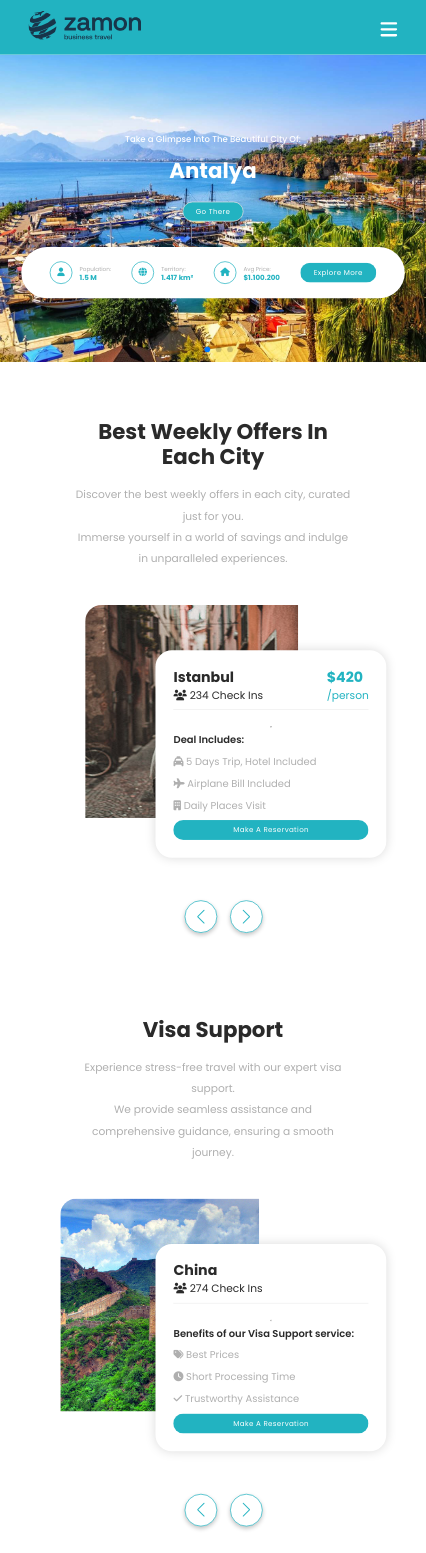
Repository: asadbekdev07/asadbekdev-zamontour-react
Page: /
An editor plug-in stored every save of this project. The page is shown before and after the next save, followed by the edit.
The browser window is 600 px wide. The pictures show the whole page, at 71% of full size.
The project was rebuilt for these pictures with package versions that can differ from the ones it lists, and the page was loaded fresh each time. Also part of the build but not shown: vite.config.js.

Above is the page before, as saved 2024-05-26 17:28:34.

### index.html
<!doctype html>
<html lang="en">
  <head>
    <meta charset="UTF-8" />
    <link rel="icon" type="image/svg+xml" href="/vite.svg" />
    <meta name="viewport" content="width=device-width, initial-scale=1.0" />
    <title>Vite + React</title>
    <link rel="stylesheet" href="https://cdnjs.cloudflare.com/ajax/libs/font-awesome/6.5.2/css/all.min.css" integrity="sha512-SnH5WK+bZxgPHs44uWIX+LLJAJ9/2PkPKZ5QiAj6Ta86w+fsb2TkcmfRyVX3pBnMFcV7oQPJkl9QevSCWr3W6A==" crossorigin="anonymous" referrerpolicy="no-referrer" />

  </head>
  <body>
    <div id="root"></div>
    <script type="module" src="/src/main.jsx"></script>
  </body>
</html>

### src/main.jsx
import React from 'react'
import ReactDOM from 'react-dom/client'
import App from './assets/components/App'
import './assets/styles/index.css'
import './i18n'

ReactDOM.createRoot(document.getElementById('root')).render(
  <React.StrictMode>
    <App />
  </React.StrictMode>,
)

### src/assets/components/App.jsx
import Offers from "./Offers"
import SiteHeader from "./Site-header"
import SliderHero from "./Slider-hero"
import Visa from "./Visa"

function App() {

  return (
    <>
      <SiteHeader />
      <SliderHero />
      <Offers />
      <Visa />
    </>
  )
}

export default App

### src/assets/styles/index.css
/* CUSTOM PROPS */
:root {
  --primary-color: #22b3c1;
  --primary-bg-color: #ffffff;
  --border-color: #eeeeee;
  --secondary-text-color: #2a2a2a;
  --grayish-text-color: #afafaf;
  --form-border-color: #e0e0e0;
}

/* FONT-FACE  */
@font-face {
  font-family: "Poppins";
  src: url("../fonts/Poppins-Regular.woff2") format("woff2"), url("../fonts/Poppins-Regular.woff") format("woff");
  font-weight: normal;
  font-style: normal;
  font-display: swap;
}
@font-face {
  font-family: "Poppins";
  src: url("../fonts/Poppins-BoldItalic.woff2") format("woff2"), url("../fonts/Poppins-BoldItalic.woff") format("woff");
  font-weight: bold;
  font-style: italic;
  font-display: swap;
}
@font-face {
  font-family: "Poppins";
  src: url("../fonts/Poppins-SemiBold.woff2") format("woff2"), url("../fonts/Poppins-SemiBold.woff") format("woff");
  font-weight: 600;
  font-style: normal;
  font-display: swap;
}
@font-face {
  font-family: "Poppins";
  src: url("../fonts/Poppins-Medium.woff2") format("woff2"), url("../fonts/Poppins-Medium.woff") format("woff");
  font-weight: 500;
  font-style: normal;
  font-display: swap;
}
@font-face {
  font-family: "Poppins";
  src: url("../fonts/Poppins-Bold.woff2") format("woff2"), url("../fonts/Poppins-Bold.woff") format("woff");
  font-weight: bold;
  font-style: normal;
  font-display: swap;
}

/* GLOBAL  */
html {
  box-sizing: border-box;
  height: 100%;
  scroll-behavior: smooth;
}

*,
*::before,
*::after {
  box-sizing: inherit;
}

:focus {
  outline: 2px dotted var(--primary-color);
  outline-offset: 3px;
}

body {
  display: flex;
  flex-direction: column;
  height: 100%;
  padding: 0;
  margin: 0;
  font-weight: 400;
  font-family: "Poppins", "Arial", sans-serif;
  font-size: 15px;
  background-color: #ffffff;
  color: var(--grayish-text-color);
}

img {
  max-width: 100%;
  height: auto;
}

/* AUTOFILL-STYLES */
/*input:-webkit-autofill,
input:-webkit-autofill:hover,
input:-webkit-autofill:focus,
textarea:-webkit-autofill,
textarea:-webkit-autofill:hover,
textarea:-webkit-autofill:focus,
select:-webkit-autofill,
select:-webkit-autofill:hover,
select:-webkit-autofill:focus {
  border-color: transparent;
  -webkit-text-fill-color: inherit;
  -webkit-box-shadow: 0 0 0px 1000px #fff inset;
}*/


/* PLACEHOLDER-STYLES */
/*::-webkit-input-placeholder,
::-moz-placeholder,
:-ms-input-placeholder,
:-moz-placeholder {
  color: rgba(52, 49, 61, 0.5);
  opacity: 1;
}*/


/* VISUALLY-HIDDEN */
.visually-hidden {
  position: absolute;
  width: 1px;
  height: 1px;
  margin: -1px;
  border: 0;
  padding: 0;
  clip: rect(0 0 0 0);
  overflow: hidden;
}


/* CONTAINER  */
.container {
  width: 100%;
  max-width: 1200px;
  padding-left: 20px;
  padding-right: 20px;
  margin-left: auto;
  margin-right: auto;
}

/* MAIN-CONTENT  */
.main-content {
  flex-grow: 1;
}

/* BUTTON  */
.button {
  padding: 13px 30px;
  margin: 0;
  display: inline-block;
  border-radius: 25px;
  font-weight: 500;
  line-height: 21px;
  font-size: 14px;
  letter-spacing: 0.5px;
  transition: color 0.4s ease;
  text-transform: capitalize;
  border: 1px solid transparent;
  background-color: #22b3c1;
  color: #ffffff;
  overflow: hidden;
  text-decoration: none;
  cursor: pointer;
  white-space: nowrap;
  text-align: center;
}
.button:hover {
  opacity: 0.8;
}
.button:active {
  opacity: 0.6;
}

.button--arrow {
  color: #22b3c1;
  transition: all 0.5s ease;
  text-decoration: none;
}

.button--white {
  background-color: #ffffff;
  color: #22b3c1;
}
.button--white:hover {
  background-color: #22b3c1;
  color: #ffffff;
  opacity: 1;
}

.button--form {
  width: 100%;
  display: block;
}

.button--cta {
  border: 1px solid #e0e0e0;
}
.button--cta:hover {
  background-color: #ffffff;
  color: #22b3c1;
  opacity: 1;
}

/* SITE-HEADER  */
.site-header {
  position: relative;
  padding: 15px 20px;
  background-color: var(--primary-color);
}

.site-header :focus {
  outline: 2px dotted var(--primary-bg-color);
  outline-offset: 3px;
}

.site-header__container {
  display: flex;
  align-items: center;
  justify-content: space-between;
}

.site-header__sitenav {
  display: flex;
  align-items: center;
  justify-content: space-between;
}

.sitenav__list {
  padding: 0;
  margin: 0;
  list-style: none;
  display: flex;
  align-items: center;
}

.sitenav__item {
  margin-right: 30px;
}

.sitenav__link {
  text-decoration: none;
  color: var(--primary-bg-color);
  transition: color 0.4s ease;
}

.sitenav__link:hover {
  color: var(--secondary-text-color);
}

.sitenav__link:active {
  opacity: 0.6;
}

.lang {
  margin: 0;
  padding: 0;
  list-style: none;
  display: flex;
  align-items: center;
}

.lang__item {
  margin-right: 30px;
}

.lang__link {
  text-decoration: none;
  color: var(--primary-bg-color);
  transition: color 0.4s ease;
}

.lang__link:hover {
  color: var(--secondary-text-color);
}

.lang__link:active {
  opacity: 0.6;
}

.social {
  margin: 0;
  padding: 0;
  list-style: none;
  display: flex;
  align-items: center;
}

.social__item:not(:last-child) {
  margin-right: 30px;
}

.social__link {
  display: block;
  text-decoration: none;
}

.social__icon {
  display: block;
  color: var(--primary-bg-color);
}

.fa-telegram {
  transition: color 0.4s ease;
}

.fa-instagram {
  transition: color 0.4s ease;
}

.fa-telegram:hover {
  color: var(--secondary-text-color)
}

.fa-instagram:hover {
  color: var(--secondary-text-color)
}

.site-header__toggler {
  display: none;
  width: 24px;
  height: 22px;
  border: 0;
  background-color: transparent;
  padding: 0;
  margin: 0;
  color: var(--primary-bg-color);
}

/* SLIDER-HERO  */
.slider {
  background-position: center;
  background-repeat: no-repeat;
  background-size: cover;
}

.slider__container {
  width: 90%;
  padding-top: 90px;
  padding-bottom: 90px;
  display: flex;
  flex-direction: column;
  align-items: center;
}

.slider__top {
  padding-top: 50px;
  width: 100%;
  text-align: center;
}

.slider__top-heading {
  margin-top: 0;
  margin-bottom: 20px;
  font-weight: 500;
  font-size: 20px;
  color: var(--primary-bg-color);
}

.slider__top-city {
  margin-top: 0;
  margin-bottom: 30px;
  font-weight: 700;
  font-size: 50px;
  color: var(--primary-bg-color);
}

.slider__bottom {
  width: 100%;
}

.list {
  padding: 0;
  margin: 0;
  list-style: none;
  padding: 30px 60px;
  margin-top: 40px;
  display: flex;
  align-items: center;
  justify-content: space-between;
  border-radius: 60px;
  background-color: var(--primary-bg-color);
}

.list__item-inner {
  display: flex;
  align-items: center;
}
.list__item-inner .fa {
  display: flex;
  align-items: center;
  justify-content: center;
  margin-right: 20px;
  width: 60px;
  height: 60px;
  border-radius: 50%;
  line-height: 50px;
  font-size: 25px;
  text-align: center;
  border: 1px solid var(--primary-color);
  color: var(--primary-color);
}

.list__subheading {
  margin: 0;
  font-weight: 700;
  font-size: 20px;
  line-height: 28px;
  color: var(--primary-color);
}
.list__subheading span {
  font-weight: 400;
  font-size: 15px;
  color: var(--grayish-text-color);
}

.lang__link.selected {
  font-weight: bold;
  color: var(--primary-color);
  text-decoration: underline;
}

/* OFFERS  */
.offers,
.visa {
  position: relative;
  padding-top: 80px;
  padding-bottom: 80px;
}

.offers__content,
.visa__content {
  width: 70%;
  margin-left: 15%;
  margin-right: 15%;
  margin-bottom: 50px;
  text-align: center;
}

.offers__title,
.visa__title {
  margin-top: 0;
  margin-bottom: 20px;
  font-weight: 700;
  font-size: 30px;
  line-height: 36px;
  text-transform: capitalize;
  color: var(--secondary-text-color);
}

.offers__description,
.visa__description {
  line-height: 30px;
}

.offers__card,
.visa__card {
  width: 350px;
  height: 420px;
  border-radius: 8px;
  display: flex;
  cursor: pointer;
  align-items: center;
  justify-content: center;
  flex-direction: column;
  position: relative;
}

.offers__img,
.visa__img {
  height: 300px;
  padding-right: 150px;
  padding-bottom: 120px;
  border-top-left-radius: 23px;
  border-bottom-left-radius: 23px;
}


.visa__img {
  width: 50%;
  object-fit: cover;
}

.inner {
  position: absolute;
  right: 1%;
  display: flex;
  flex-direction: column;
  justify-content: center;
  position: absolute;
  z-index: 10000;
  width: 250px;
  padding: 25px;
  border-radius: 23px;
  box-shadow: 0px 0px 15px rgba(0, 0, 0, 0.15);
  background-color: var(--primary-bg-color);
}

.inner__top {
  display: flex;
  align-items: center;
  justify-content: space-between;
  padding-bottom: 10px;
  position: relative;
  margin-bottom: 15px;
  border-bottom: 1px solid #eee;
}

.inner__top h4 {
  font-size: 20px;
  line-height: 24px;
  color: var(--secondary-text-color);
  margin: 0;
}

.inner__top h6 {
  margin: 0;
  font-weight: 700;
  font-size: 20px;
  line-height: 24px;
  color: var(--primary-color);
}
.inner__top span {
  font-weight: 400;
  font-size: 15px;
  line-height: 18px;
}

.inner__list {
  margin: 0;
  padding: 0;
  list-style: none;
  margin-bottom: 10px;
}

.inner__list li:not(:last-child) {
  margin-bottom: 10px;
}

.inner__list li:not(:first-child) {
  font-size: 14px;
  line-height: 21px;
  color: var(--grayish-text-color);
}

.inner__list-title {
  font-weight: 600;
  font-size: 14px;
  line-height: 20px;
  color: var(--secondary-text-color);
}

.swiper-buttons {
  display: flex;
  justify-content: center;
  position: absolute;
  left: 42%;
  bottom: 10%; /* Adjust as needed */
  width: 15%;
}

.swiper-button-next,
.swiper-button-prev {
  width: 46px;
  height: 46px;
  border-radius: 50%;
  border: 1.5px solid var(--primary-color);
  background-color: var(--primary-bg-color);
  color: var(--primary-color);
  text-align: center;
  line-height: 44px;
  cursor: pointer;
  box-shadow: 0 3px 6px rgba(0, 0, 0, 0.23);
  margin: 0 15px;
  font-size: 20px;
}

.swiper-button-next:hover,
.swiper-button-prev:hover {
  background-color: var(--primary-color);
  color: var(--primary-bg-color);
}

.swiper-button-next::after,
.swiper-button-prev::after {
  font-size: 20px; /* Custom size for the arrow icons */
}

@media only screen and (min-width: 1000px) and (max-width: 1200px) {
  .offers__card {
    width: 30%;
  }

  .offers__img {
    height: 300px;
    padding-right: 85px;
    padding-bottom: 120px;
  }

  .inner {
    width: 210px;
    padding: 21px;
  }
}
@media only screen and (max-width: 1000px) {
  .offers__card {
    width: 45%;
  }

  .offers__img {
    height: 300px;
    padding-right: 60px;
    padding-bottom: 120px;
  }

  .inner {
    width: 225px;
    padding: 25px;
  }

  .swiper-buttons {
    left: 45%;
  }

  .swiper-button-next,
  .swiper-button-prev {
    margin: 0 0;
  }
}

@media only screen and (max-width: 900px) {
  .site-header__sitenav {
    display: none;
  }

  .site-header__toggler {
    display: block;
  }

  .site-header.is-open .site-header__sitenav {
    z-index: 1000;
    width: 90%;
    display: flex;
    flex-direction: column;
    position: absolute;
    top: 90%;
    left: 5%;
    right: 5%;
    background-color: var(--primary-bg-color);
  }

  .site-header.is-open .sitenav {
    width: 100%;
  }

  .site-header.is-open .sitenav__list,
  .site-header.is-open .social,
  .site-header.is-open .lang {
    display: flex;
    flex-direction: column;
    width: 100%;
  }

  .site-header.is-open .sitenav__item,
  .site-header.is-open .lang__item,
  .site-header.is-open .social__item {
    width: 100%;
    margin: 0;
    padding-top: 8px;
    padding-bottom: 8px;
    border-bottom: 1px solid var(--form-border-color);
    text-align: center;
  }

  .site-header.is-open .sitenav__link,
  .site-header.is-open .lang__link,
  .site-header.is-open .social__link,
  .site-header.is-open .social__icon {
    color: var(--secondary-text-color);
  }

  .site-header.is-open .lang__link:hover,
  .site-header.is-open .social__link:hover,
  .site-header.is-open .social__icon:hover {
    color: var(--primary-color);
  }
  /* LIST */
  .list__subheading {
    font-size: 15px;
    line-height: 18px;
  }
  .list__subheading span {
    font-size: 12px;
  }
  .list__item-inner .fa {
    margin-right: 15px;
    width: 50px;
    height: 50px;
    border-radius: 50%;
    line-height: 40px;
    font-size: 20px;
  }
}

@media only screen and (max-width: 800px) {
  .button {
    padding: 10px 20px;
    border-radius: 20px;
    font-weight: 400;
    line-height: 15px;
    font-size: 13px;
    letter-spacing: 0.5px;
  }
  /* SLIDER  */
  .slider__top-heading {
    margin-bottom: 18px;
    font-weight: 500;
    font-size: 16px;
  }
  .slider__top-city {
    margin-top: 0;
    margin-bottom: 25px;
    font-weight: 700;
    font-size: 40px;
  }

  .swiper-button-next,
  .swiper-button-prev {
    margin: 0 -8px;
  }
}

@media only screen and (min-width: 500px) and (max-width: 700px) {
  .inner {
    width: 275px;
    margin-right: 30px;
  }
}

@media only screen and (max-width: 700px) {
  .list {
    padding: 20px 40px;
    margin-top: 30px;
    border-radius: 50px;
  }
  .list__item-inner .fa {
    margin-right: 12px;
    width: 35px;
    height: 35px;
    border-radius: 50%;
    line-height: 25px;
    font-size: 15px;
  }
  .list__subheading {
    font-size: 13px;
    line-height: 15px;
  }
  .list__subheading span {
    font-size: 10px;
  }
  .offers__img {
    width: 300px;
  }
  .swiper-button-next,
  .swiper-button-prev {
    margin: 0 -12px;
  }
}

@media only screen and (max-width: 600px) {
  .button {
    padding: 8px 18px;
    border-radius: 18px;
    font-weight: 400;
    line-height: 10px;
    font-size: 10px;
    letter-spacing: 0.5px;
  }
  /* SLIDER  */
  .slider {
    padding-top: 0;
    padding-bottom: 0;
  }
  .slider__top {
    padding-top: 20px;
  }
  .slider__top-heading {
    margin-bottom: 14px;
    font-weight: 500;
    font-size: 12px;
  }
  .slider__top-city {
    margin-top: 0;
    margin-bottom: 20px;
    font-weight: 700;
    font-size: 30px;
  }
  /* LIST  */
  .list__item-inner .fa {
    margin-right: 10px;
    width: 30px;
    height: 30px;
    border-radius: 50%;
    line-height: 20px;
    font-size: 12px;
  }
  .list__subheading {
    font-size: 10px;
    line-height: 12px;
  }
  .list__subheading span {
    font-size: 8px;
  }
  .swiper-button-next,
  .swiper-button-prev {
    margin: 0 -20px;
  }
}

@media only screen and (max-width: 500px) {
  .button {
    padding: 6px 12px;
    border-radius: 15px;
    font-weight: 400;
    line-height: 1;
    font-size: 7px;
    letter-spacing: 0.5px;
  }
  /* SLIDER  */

  .slider__container {
    padding-top: 50px;
    padding-bottom: 50px;
  }
  /* LIST  */
  .list {
    padding: 15px 22px;
    margin-top: 25px;
    border-radius: 40px;
  }
  .list__item-inner .fa {
    margin-right: 5px;
    width: 20px;
    height: 20px;
    border-radius: 50%;
    line-height: 10px;
    font-size: 8px;
  }
  .list__subheading {
    font-size: 7px;
    line-height: 1;
  }
  .list__subheading span {
    font-size: 5px;
  }
  .offers__img {
    width: 230px;
  }
  .swiper-button-next,
  .swiper-button-prev {
    margin: 0 -35px;
  }
}

@media
only screen and (-webkit-min-device-pixel-ratio: 2),
only screen and (   min--moz-device-pixel-ratio: 2),
only screen and (     -o-min-device-pixel-ratio: 2/1),
only screen and (        min-device-pixel-ratio: 2),
only screen and (                min-resolution: 192dpi),
only screen and (                min-resolution: 2dppx) {

}

### src/i18n.jsx
import i18n from 'i18next';
import { initReactI18next } from 'react-i18next';
import Backend from 'i18next-http-backend';
import laungageDetector from 'i18next-browser-languagedetector';
import enLang from '../public/locales/en.json'
import uzLang from '../public/locales/uz.json'
import ruLang from '../public/locales/ru.json'

i18n
.use(Backend)
.use(laungageDetector)
.use(initReactI18next)
.init({
  fallbackLng: 'en',
  lng: 'en',
  debug: true,
  resources: {
    en:{translation: enLang},
    uz:{translation: uzLang},
    ru:{translation: ruLang}
  }
})

export default i18n;

### src/assets/components/Slider-hero.jsx
import React from 'react';
import { Swiper, SwiperSlide } from 'swiper/react';
import 'swiper/css';
import 'swiper/css/pagination';
import 'swiper/css/navigation';


import { Autoplay, Pagination, Navigation } from 'swiper/modules';

import istanbulImg from '/img/istanbul.jpg';
import antalyaImg from '/img/antalya.jpg';
import dubaiImg from '/img/dubai2.jpg';
import sharmImg from '/img/sharm.jpg';

const slidesData = [
  {
    img: istanbulImg,
    city: 'Istanbul',
    population: '15.5 M',
    territory: '5.461 km²',
    avgPrice: '$946.000'
  },
  {
    img: antalyaImg,
    city: 'Antalya',
    population: '1.5 M',
    territory: '1.417 km²',
    avgPrice: '$1.100.200'
  },
  {
    img: dubaiImg,
    city: 'Dubai',
    population: '3.3 M',
    territory: '35 km²',
    avgPrice: '$425.000'
  },
  {
    img: sharmImg,
    city: 'Sharm El-Sheikh',
    population: '0.07 M',
    territory: '45 km²',
    avgPrice: '$165.450'
  }
];

const SlideContent = ({ img, city, population, territory, avgPrice }) => (
  <section className="slider" style={{ backgroundImage: `url(${img})` }}>
    <div className="container slider__container">
      <div className="slider__top">
        <h3 className="slider__top-heading">Take a Glimpse Into The Beautiful City Of:</h3>
        <h2 className="slider__top-city">{city}</h2>
        <a className="button button--cta" href="#contact">Go There</a>
      </div>
      <div className="slider__bottom">
        <ul className="slider__bottom-list list">
          <li className="list__item">
            <div className="list__item-inner">
              <i className="fa fa-user"></i>
              <h4 className="list__subheading">
                <span>Population:</span><br />{population}
              </h4>
            </div>
          </li>
          <li className="list__item">
            <div className="list__item-inner">
              <i className="fa fa-globe"></i>
              <h4 className="list__subheading">
                <span>Territory:</span><br />{territory}
              </h4>
            </div>
          </li>
          <li className="list__item">
            <div className="list__item-inner">
              <i className="fa fa-home"></i>
              <h4 className="list__subheading">
                <span>Avg Price:</span><br />{avgPrice}
              </h4>
            </div>
          </li>
          <div className="list__item-inner">
            <a className="button" href="#contact">Explore More</a>
          </div>
        </ul>
      </div>
    </div>
  </section>
);

export default function SliderHero() {
  return (
    <Swiper
      spaceBetween={5}
      centeredSlides={true}
      autoplay={{
        delay: 5500,
        disableOnInteraction: false,
      }}
      pagination={{
        clickable: true,
      }}
      loop={true}
      navigation={false}
      modules={[Autoplay, Pagination, Navigation]}
      className="mySwiper"
    >
      {slidesData.map((slide, index) => (
        <SwiperSlide key={index}>
          <SlideContent {...slide} />
        </SwiperSlide>
      ))}
    </Swiper>
  );
}

### src/assets/components/Visa.jsx
import React from 'react';
import { Navigation, A11y } from 'swiper/modules';
import { Swiper, SwiperSlide } from 'swiper/react';
import 'swiper/css';
import 'swiper/css/navigation';

import china from '/img/china.jpg';
import hongkong from '/img/hongkong.jpg';
import europe from '/img/europe.jpeg';
import india from '/img/india.jpg';
import japan from '/img/japan.jpg';
import saudi from '/img/saudi.jpg';
import oman from '/img/oman.jpg';

const offersData = [
  { img: china, city: "China", checkIns: 274 },
  { img: hongkong, city: "Hong Kong", checkIns: 350 },
  { img: europe, city: "European (Schengen)", checkIns: 453 },
  { img: india, city: "India", checkIns: 220 },
  { img: japan, city: "Japan", checkIns: 442 },
  { img: saudi, city: "Saudi Arabia", checkIns: 424 },
  { img: oman, city: "Oman", checkIns: 389 }
];

const Visa = () => {
  return (
    <div className="visa">
      <div className="container">
        <div className="visa__content">
          <h2 className="visa__title">Visa Support</h2>
          <p className="visa__description">
          Experience stress-free travel with our expert visa support. <br/> We provide seamless assistance and comprehensive guidance, ensuring a smooth journey.
          </p>
        </div>
        <Swiper
          modules={[Navigation, A11y]}
          spaceBetween={15}
          slidesPerView={3}
          navigation={{ nextEl: '.swiper-button-next', prevEl: '.swiper-button-prev' }}
          loop={true}
          breakpoints={{
            1000: {
              slidesPerView: 3,
              spaceBetween: 15
            },
            700: {
              slidesPerView: 2,
              spaceBetween: 15
            },
            0: {
              slidesPerView: 1,
              spaceBetween: 15
            }
          }}
          onSwiper={(swiper) => console.log(swiper)}
          onSlideChange={() => console.log('slide change')}
        >
          {offersData.map((offer, index) => (
            <SwiperSlide key={index} className='visa__card'>
              <img className='visa__img' src={offer.img} alt={`${offer.city} img`} />
              <div className="visa__card-inner inner">
                <div className="inner__top">
                  <h4>{offer.city}<br /><span><i className="fa fa-users"></i> {offer.checkIns} Check Ins</span></h4>
                </div>
                <hr className='inner__divider' />
                <ul className='inner__list'>
                  <li className="inner__list-title">Benefits of our Visa Support service:</li>
                  <li><i className="fa fa-tags"></i> Best Prices</li>
                  <li><i className="fa fa-clock"></i> Short Processing Time</li>
                  <li><i className="fa fa-check"></i> Trustworthy Assistance</li>
                </ul>
                <a className="button button--wrapper" href="#contact">Make a Reservation</a>
              </div>
            </SwiperSlide>
          ))}
        </Swiper>
        <div className="swiper-buttons">
          <div className="swiper-button-prev"></div>
          <div className="swiper-button-next"></div>
        </div>
      </div>
    </div>
  );
};

export default Visa;

Loaded but not shown: public/locales/uz.json (12 lines, source omitted); public/locales/en.json (12 lines, source omitted); public/locales/ru.json (12 lines, source omitted); src/assets/components/Site-header.jsx (106 lines, source omitted); src/assets/components/Offers.jsx (86 lines, source omitted)

After the next save:
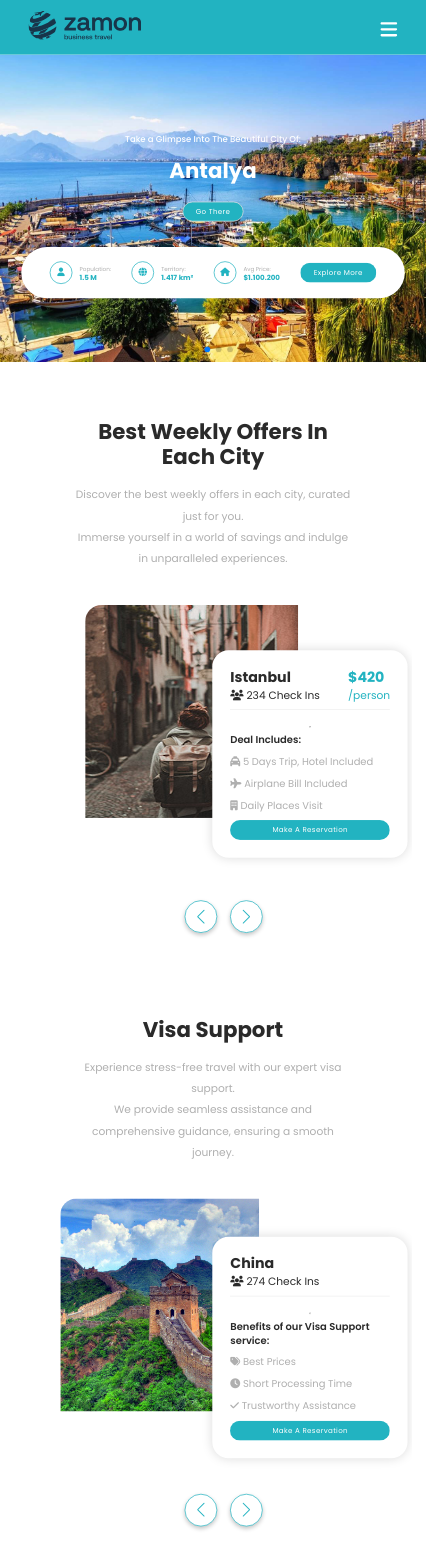
Saved 27 s later.
--- a/src/assets/styles/index.css
+++ b/src/assets/styles/index.css
@@ -722,6 +722,7 @@
 }
 
 @media only screen and (min-width: 500px) and (max-width: 700px) {
+  .visa__img
   .inner {
     width: 275px;
     margin-right: 30px;

After the save that followed:
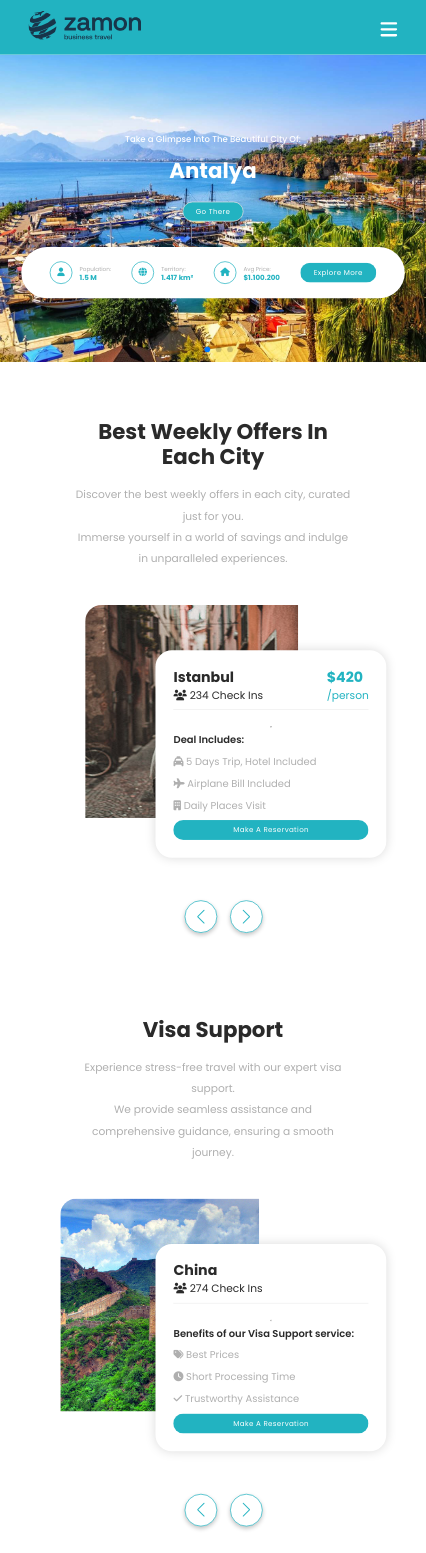
Saved 26 s later.
--- a/src/assets/styles/index.css
+++ b/src/assets/styles/index.css
@@ -722,7 +722,10 @@
 }
 
 @media only screen and (min-width: 500px) and (max-width: 700px) {
-  .visa__img
+  .offers__img,
+  .visa__img {
+    pl
+  }
   .inner {
     width: 275px;
     margin-right: 30px;
